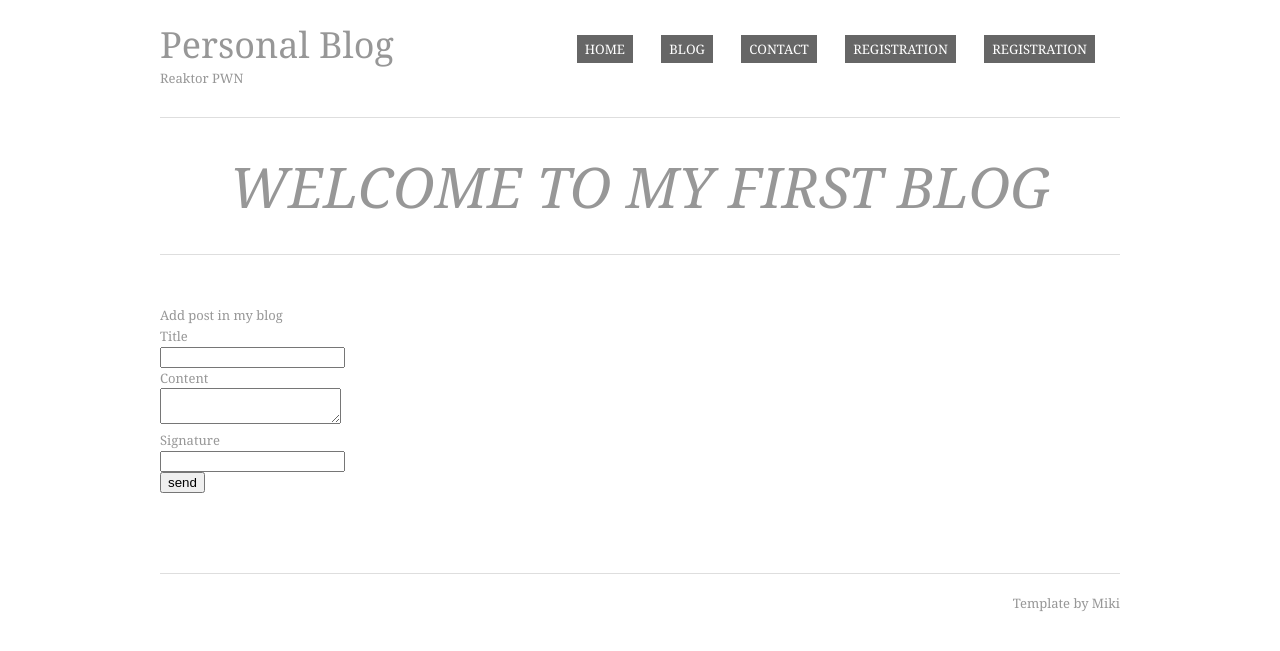
Repository: AnnaPolatynska/SpringCwiczenia
Page: http://localhost/blog
These files come from the project's save history. The page is drawn as it stood at one moment and after the next save; the edit follows.
The browser window is 1280 px wide. The pictures show the whole page.
The page is this project's Thymeleaf template; nobody is signed in. The template is opened directly, without the code that normally fills it, so the values that code supplies are empty.

Above is the page before, as saved 2017-08-30 11:22:30.

After the next save:
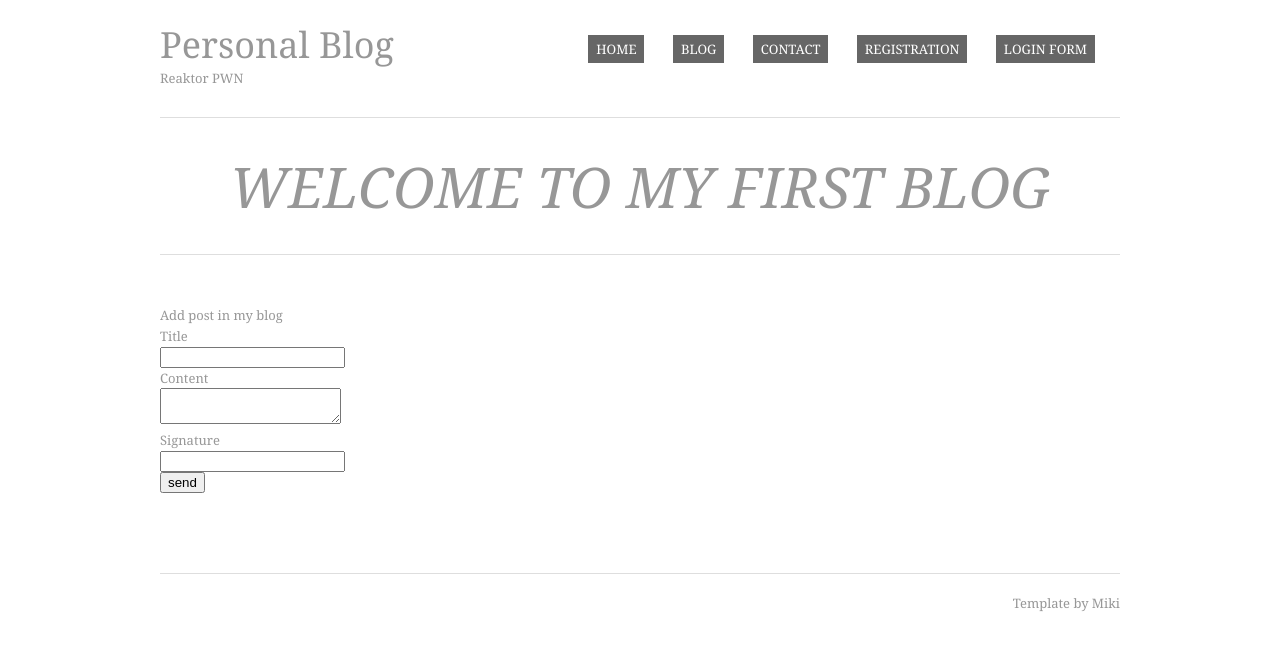
Saved 12 s later.
--- a/D-MVC-JAR/src/main/resources/templates/blog.html
+++ b/D-MVC-JAR/src/main/resources/templates/blog.html
@@ -18,7 +18,7 @@
         <li><a href="#">blog</a></li>
         <li><a href="/contact">Contact</a></li>
         <li><a href="/registerForm">Registration</a></li>
-          <li><a href="/loginForm">Registration</a></li>
+          <li><a href="/loginForm">Login form</a></li>
       </ul>
     </nav>
   </header>
